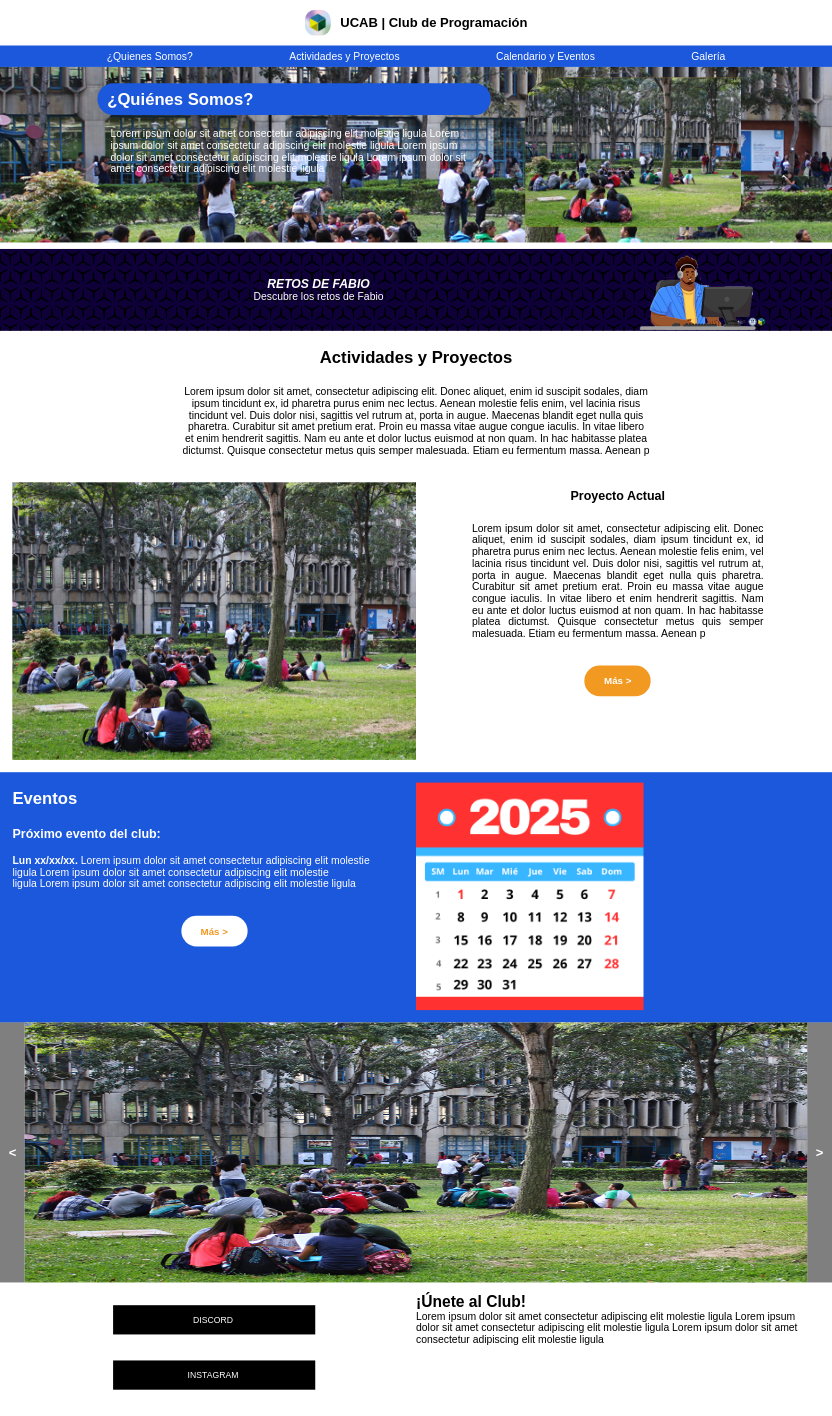
Repository: LuisR404/LandingPage
Page: Pages/QuienesSomos.html
An editor plug-in stored every save of this project. The page is shown before and after the next save, followed by the edit.
The browser window is 1280 px wide. The pictures show the whole page, at 65% of full size.

Above is the page before, as saved 2025-11-19 10:32:19.

After the next save:
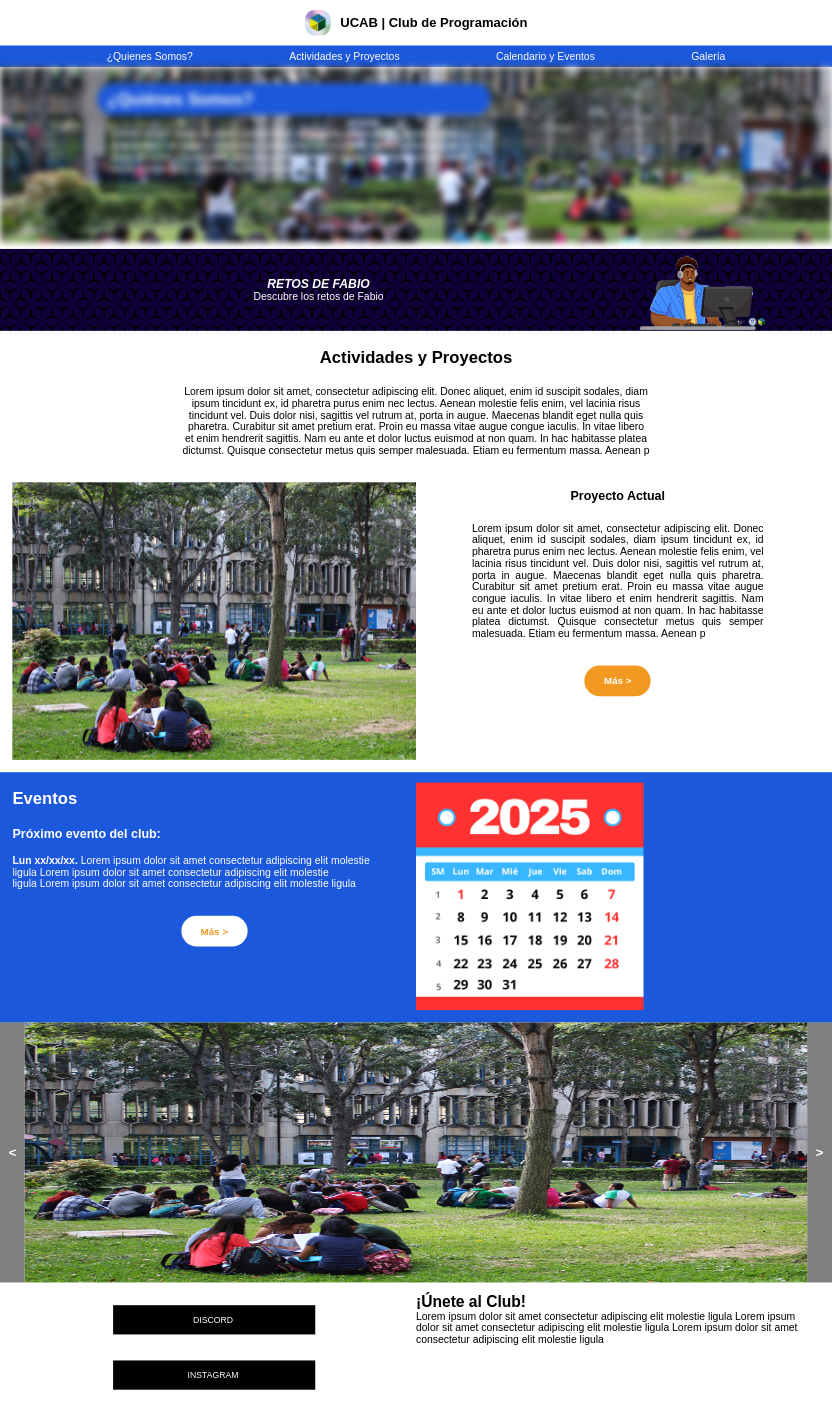
Saved 33 s later.
--- a/Styles/QuienesSomos.css
+++ b/Styles/QuienesSomos.css
@@ -6,8 +6,8 @@
 
     width: 100%;
 
-    filter: blur(80%);
     background-image: url(../resources//test_img.jpg);
+    filter: blur(5px);
     background-position: center;
     background-size: 100%;
     background-color: grey;

After the save that followed:
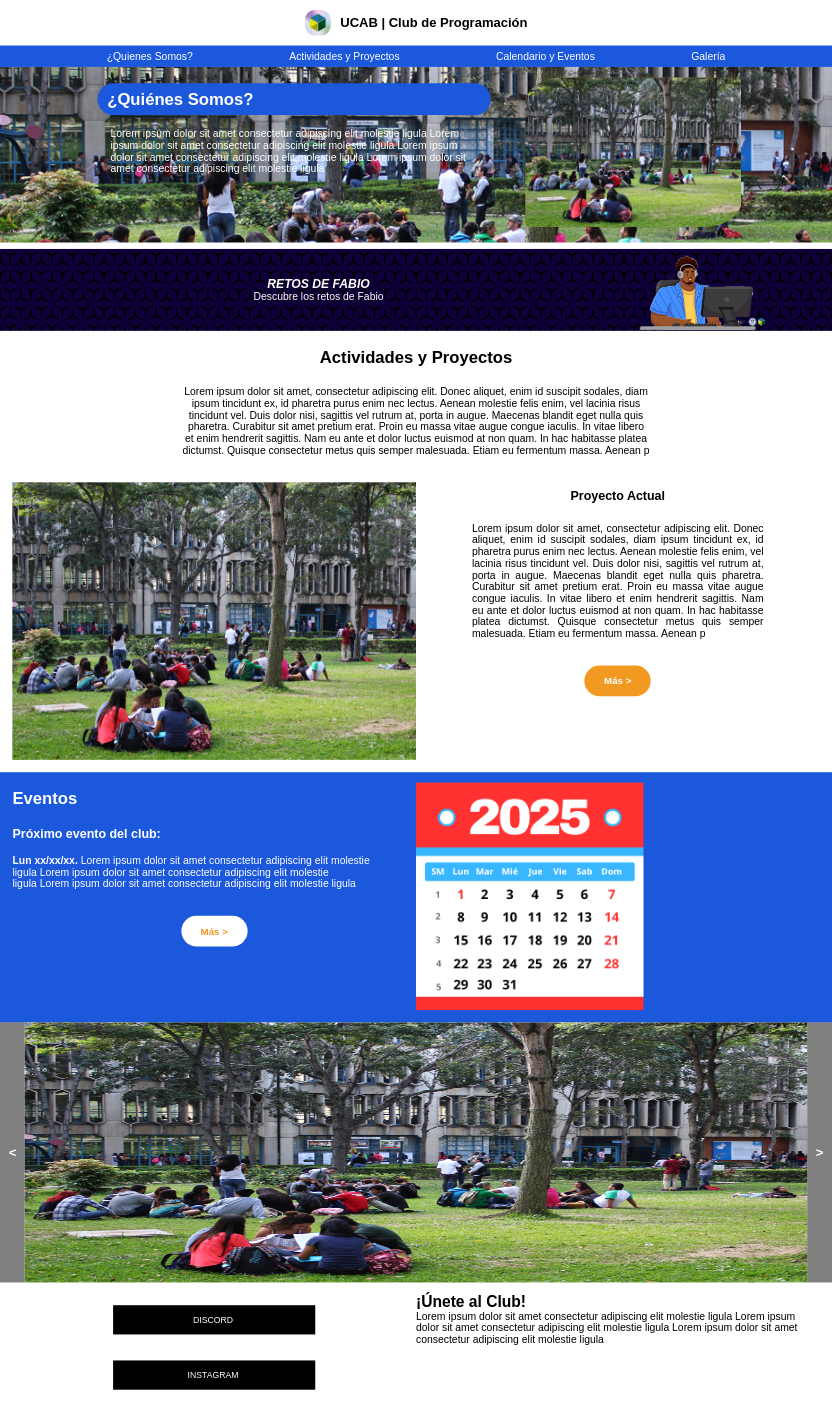
Saved 12 s later.
--- a/Styles/QuienesSomos.css
+++ b/Styles/QuienesSomos.css
@@ -7,7 +7,7 @@
     width: 100%;
 
     background-image: url(../resources//test_img.jpg);
-    filter: blur(5px);
+    backdrop-filter: blur(5px);
     background-position: center;
     background-size: 100%;
     background-color: grey;
